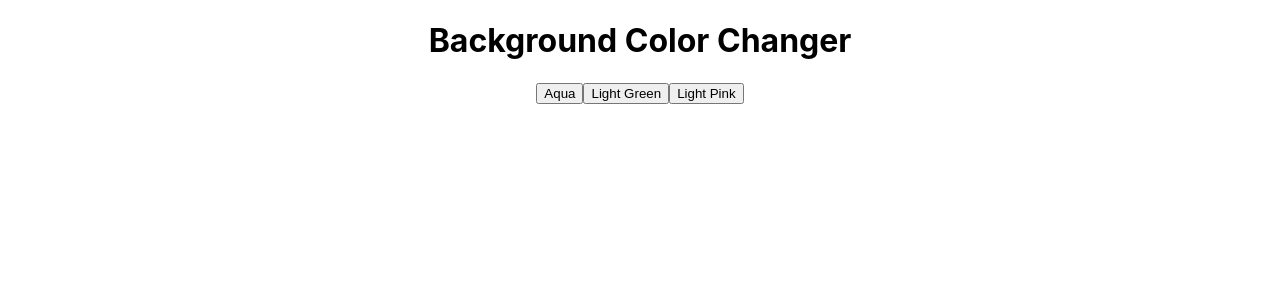
Repository: Jay1161/FSWD
Page: / (app in Week-12/frontend/cookies/)
These files come from the project's save history. The page is drawn as it stood at one moment and after a run of saves; the edit follows.
The browser window is 1280 px wide. The pictures show the whole page.
The project was rebuilt for these pictures with package versions that can differ from the ones it lists, and the page was loaded fresh each time.

Above is the page before, as saved 2023-09-27 18:48:10.

After the next 2 saves:
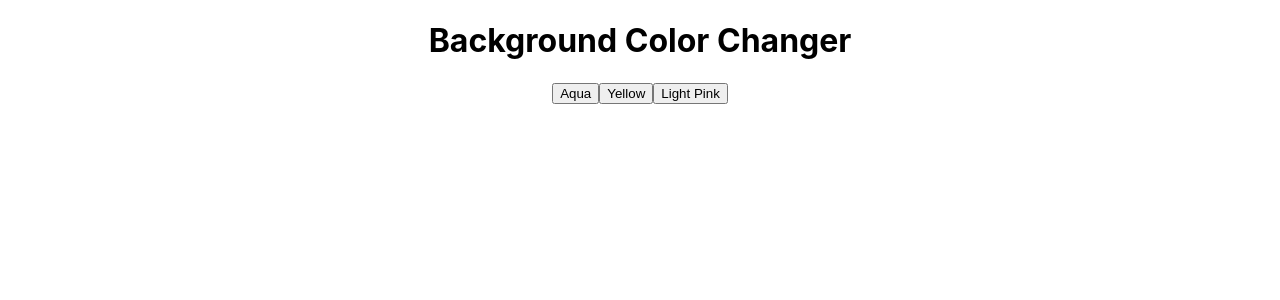
The 2 saves are shown as one change because they came seconds apart.
The last was saved 7 s later.
--- a/Week-12/frontend/cookies/src/cookies.jsx
+++ b/Week-12/frontend/cookies/src/cookies.jsx
@@ -35,7 +35,7 @@ function Cookies() {
     <div className="App">
       <h1>Background Color Changer</h1>
       <button onClick={() => setCookieAndBackgroundColor('#84FFFF')}>Aqua</button>
-      <button onClick={() => setCookieAndBackgroundColor('#F4FF81')}>Light Green</button>
+      <button onClick={() => setCookieAndBackgroundColor('#F4FF81')}>Yellow</button>
       <button onClick={() => setCookieAndBackgroundColor('lightpink')}>Light Pink</button>
     </div>
   );
